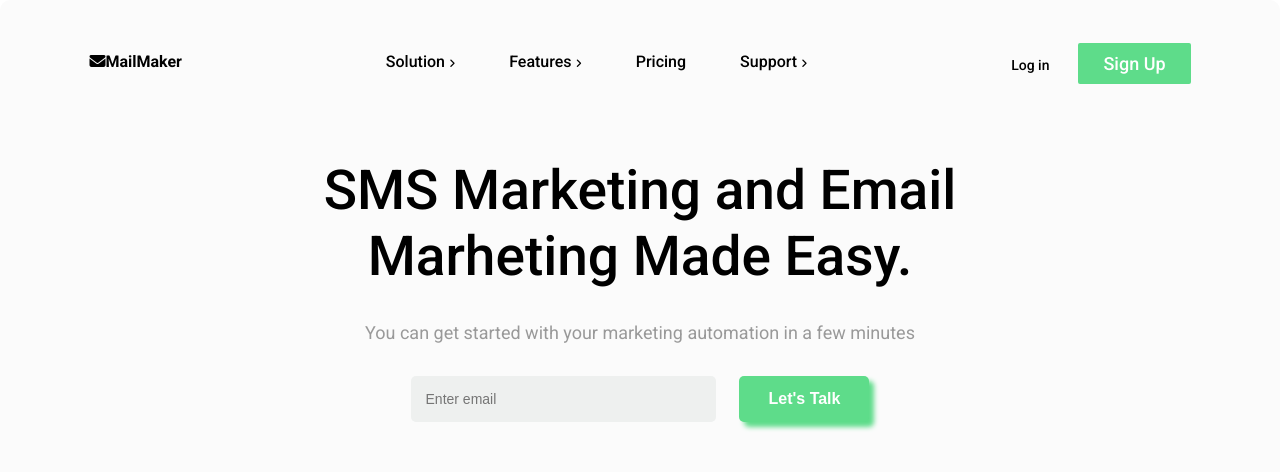
Repository: phanhuy16/Folder
Page: sign/index.html
The author's editor kept a copy of each file at every save. The page is drawn from the files as they stood at one save, then again after the next save.
The browser window is 1280 px wide. The pictures show the part of the page from y = 0 to 472 px (the page is 1936 px tall).
The pointer rests on the first visible `.button-talk`.
Pictures or frames that could not be fetched are drawn as grey boxes.

Above is the page before, as saved 2023-05-02 08:48:12.

After the next save:
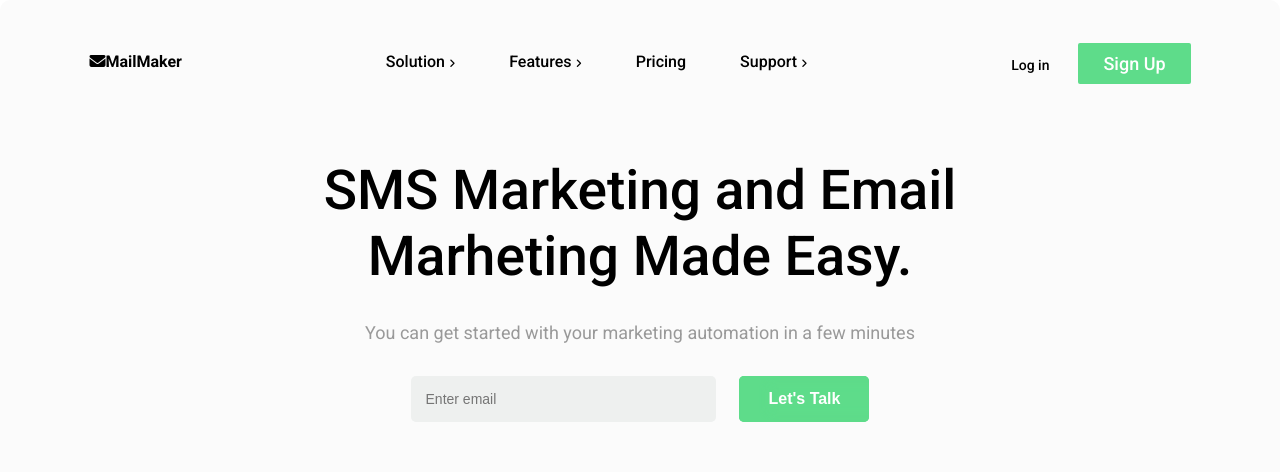
Saved 58 s later.
--- a/sign/main.css/style.css
+++ b/sign/main.css/style.css
@@ -112,7 +112,7 @@
 }
 
 .button-talk:hover {
-    box-shadow: 5px 5px 5px #5EDC8A;
+    box-shadow: inset 20px 0px 7px 9px #5EDC8A;
 }
 
 .img-boy {
